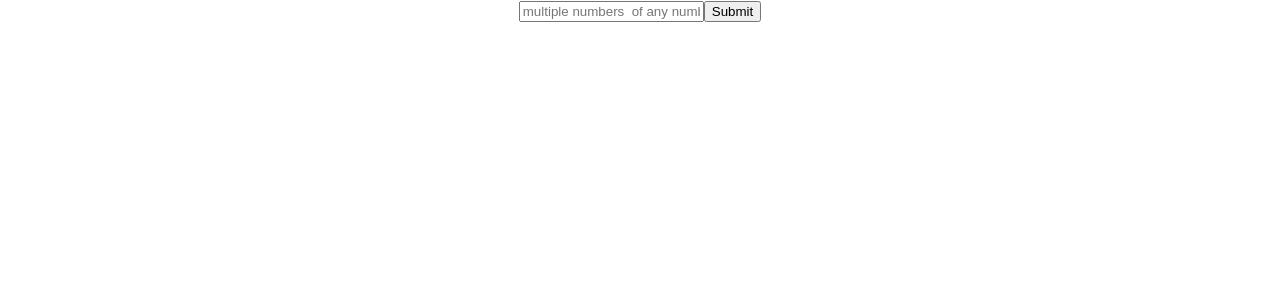
Repository: kirangautam45/multiple-of-number
Page: /
An editor plug-in stored every save of this project. The page is shown before and after a run of saves, followed by the edit.
The browser window is 1280 px wide. The pictures show the whole page.
The project was rebuilt for these pictures with package versions that can differ from the ones it lists, and the page was loaded fresh each time.

Above is the page before, as saved 2022-08-08 21:57:34.

After the next 2 saves:
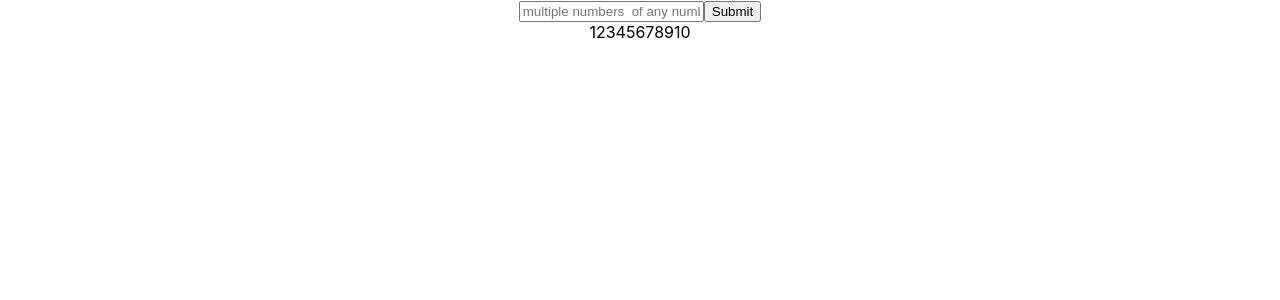
The 2 saves are shown as one change because 1 did not build or start.
The last was saved 18 s later.
--- a/src/App.js
+++ b/src/App.js
@@ -16,7 +16,7 @@
     <button>Submit</button>
 
     <div>
-     {}
+     {numbers}
     </div>
     </div>
   );

After the save that followed:
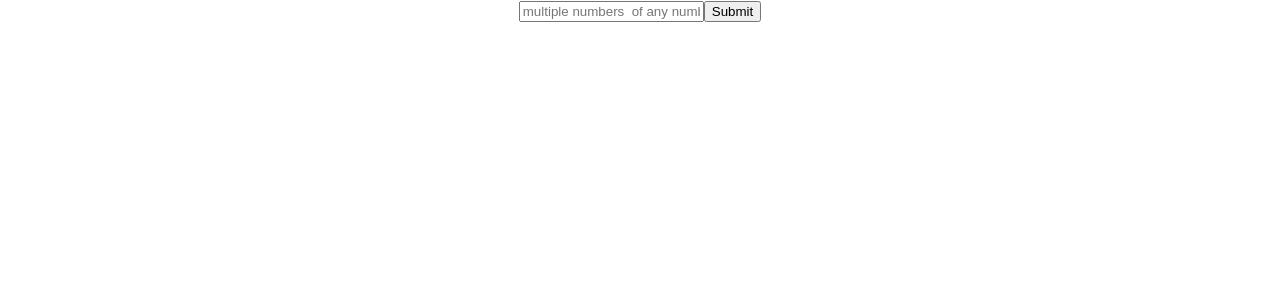
Saved 10 s later.
--- a/src/App.js
+++ b/src/App.js
@@ -16,7 +16,7 @@
     <button>Submit</button>
 
     <div>
-     {numbers}
+     {number}
     </div>
     </div>
   );
